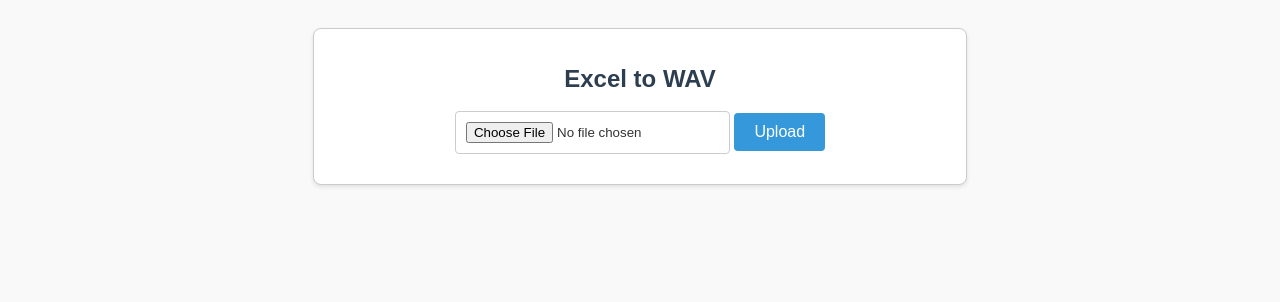
Repository: limonene213u/Excel-to-VOICE
Page: http://localhost/
An editor plug-in stored every save of this project. The page is shown before and after the next save, followed by the edit.
The browser window is 1280 px wide. The pictures show the whole page.
The page is served by the project's application, run on Flask 3 (volume/app.py).

Above is the page before, as saved 2023-10-11 00:27:03.

### volume/templates/index.html
<!DOCTYPE html>
<html lang="ja">
<head>
    <meta charset="UTF-8">
    <meta name="viewport" content="width=device-width, initial-scale=1.0">
    <title>VOICEVOX Excel to WAV</title>
    <style>
        body {
            font-family: Arial, sans-serif;
            padding: 20px;
            text-align: center;
            background-color: #f9f9f9;
            color: #333;
        }
        #upload-form {
            margin: auto;
            width: 50%;
            padding: 20px;
            border: 1px solid #ccc;
            border-radius: 8px;
            background-color: #fff;
            box-shadow: 0 2px 4px rgba(0,0,0,0.1);
        }
        #upload-form h1 {
            margin-bottom: 10px;
            font-size: 24px;
            color: #2c3e50;
        }
        #upload-form input[type="file"] {
            margin-bottom: 10px;
            padding: 10px;
            border: 1px solid #ccc;
            border-radius: 4px;
        }
        #upload-button {
            margin-top: 10px;
            padding: 10px 20px;
            border: none;
            border-radius: 4px;
            background-color: #3498db;
            color: #fff;
            font-size: 16px;
            cursor: pointer;
        }
        #upload-button:hover {
            background-color: #2980b9;
        }
    </style>
</head>
<body>
    <div id="upload-form">
        <h1>Excel to WAV</h1>
        <form action="/upload" method="post" enctype="multipart/form-data">
            <input type="file" name="file" accept=".xlsx" required>
            <input type="submit" value="Upload" id="upload-button">
        </form>
    </div>
</body>
</html>

### volume/app.py
# app.py
from flask import Flask, render_template, request, send_file, jsonify, redirect, url_for, send_from_directory, Blueprint, make_response
import openpyxl
import requests
import json
import wave

app = Flask(__name__, static_folder='./static', template_folder='./templates')

@app.route('/')
def index():
    return render_template('index.html')

@app.route('/upload', methods=['POST'])
def upload_file():
    file = request.files['file']
    if file:
        # Excelファイルを処理
        workbook = openpyxl.load_workbook(file)
        sheet = workbook.active

        wav_data = b''  # 連結された音声データを保持するにゃん

        # A2から開始し、B列の末尾まで処理するにゃん
        for row_idx in range(2, sheet.max_row + 1):
            for col_idx in range(1, 3):  # A列とB列のインデックスは1と2にゃん
                cell_value = sheet.cell(row=row_idx, column=col_idx).value
                if cell_value:
                    # 音声化する文言と話者を指定(3で標準ずんだもんになる)
                    params = (
                        ('text', cell_value),
                        ('speaker', 3),
                    )
                    # 音声合成用のクエリ作成
                    query = requests.post(
                        'http://voicevox:50021/audio_query',
                        params=params
                    )
                    # 音声合成を実施
                    synthesis = requests.post(
                        'http://voicevox:50021/synthesis',
                        headers={"Content-Type": "application/json"},
                        params=params,
                        data=json.dumps(query.json())
                    )
                    wav_data += synthesis.content  # 連結するにゃん

        # wavファイルを保存
        wav_file_path = 'output.wav'
        with wave.open(wav_file_path, 'wb') as wav_file:
            wav_file.setnchannels(1)
            wav_file.setsampwidth(2)  # 16-bit PCM
            wav_file.setframerate(24000)
            wav_file.writeframes(wav_data)

        return send_file(wav_file_path, as_attachment=True)

if __name__ == '__main__':
    app.run(host='0.0.0.0', port=5000, debug=True)

After the next save:
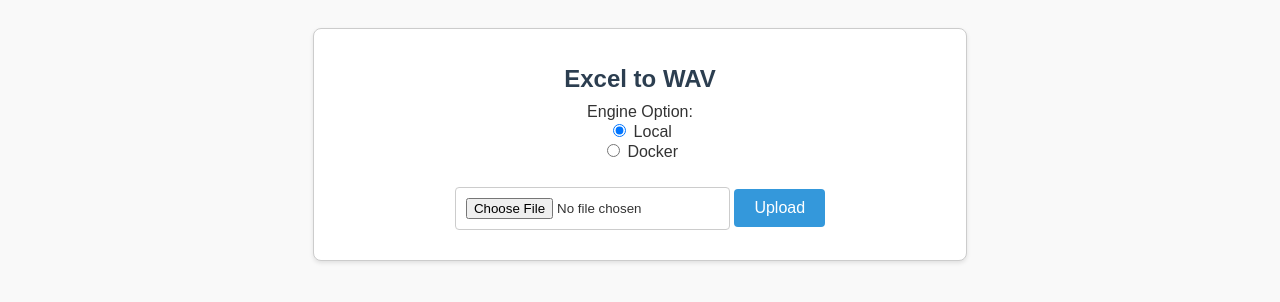
Saved 4 min 31 s later.
--- a/volume/templates/index.html
+++ b/volume/templates/index.html
@@ -50,10 +50,14 @@
 <body>
     <div id="upload-form">
         <h1>Excel to WAV</h1>
-        <form action="/upload" method="post" enctype="multipart/form-data">
-            <input type="file" name="file" accept=".xlsx" required>
-            <input type="submit" value="Upload" id="upload-button">
-        </form>
-    </div>
+    <form action="/upload" method="post" enctype="multipart/form-data">
+        <label for="engine-option">Engine Option:</label><br>
+        <input type="radio" id="local-engine" name="engine-option" value="local" checked>
+        <label for="local-engine">Local</label><br>
+        <input type="radio" id="docker-engine" name="engine-option" value="docker">
+        <label for="docker-engine">Docker</label><br><br>
+        <input type="file" name="file" accept=".xlsx" required>
+        <input type="submit" value="Upload" id="upload-button">
+    </form>
 </body>
 </html>
